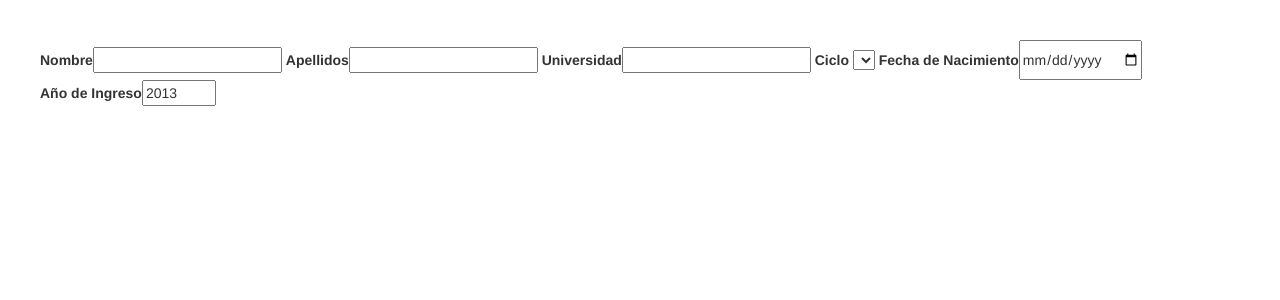
Repository: yoshitomimaehara/sdpa
Page: http://localhost/Sistema_de_Pruebas_Academicas/alumno_insertar.jsp
The author's editor kept a copy of each file at every save. The page is drawn from the files as they stood at one save, then again after the next save.
The browser window is 1280 px wide. The pictures show the whole page.
The page is served by Tomcat 9. Other server files are loaded and not shown.

Above is the page before, as saved 2013-10-06 22:05:28.
Console error: TypeError: $(...).alert is not a function

### Web/Sistema de Pruebas Academicas/Sistema de Pruebas Academicas/WebContent/alumno_insertar.jsp
<%@ page language="java" contentType="text/html; charset=ISO-8859-1"
    pageEncoding="ISO-8859-1"%>
<!DOCTYPE html>
<html>
<head>
<title></title>
<link rel="stylesheet" type="text/css" href="css\styles.css"/>
<link rel="stylesheet" href="css\bootstrap.min.css">
<script src="js\jquery.js"></script>
<script src="js\scripts.js"></script>

</head>
<body>
	<form>
		<label>Nombre</label><input type="text" />
		<label>Apellidos</label><input type="text"/>
		<label>Universidad</label><input type="text"/>
		<label>Ciclo</label>
		<select name="ciclo">
		<c:set var="ciclos">I,II,III,IV,V,VI,VII,VIII,IX,X,XI</c:set>
		<c:forEach items="${ciclos}" delims="," var="ciclo_letra">
		<c:out value="${ciclo_letra}"></c:out>
		</c:forEach>
		</select>
		<label>Fecha de Nacimiento</label><input type="date"/>
		<label>Año de Ingreso</label><input type="number" min="2000" max="2013" value="2013">
	</form>
</body>
</html>

### Web/Sistema de Pruebas Academicas/Sistema de Pruebas Academicas/WebContent/css/styles.css
/*
Nombre:styles.css
Descripcion:Hoja de Estilos
Autores:Yoshitomi Maehara/Liliana Gonzales
Email:
*/
/* universal */
*{
}

/*etiquetas*/
body{
	padding:40px;
}

/* identificadores */
#ingresar{
	background-color: #5162F6;
	color:white;
}

#ingresar:hover{
	background-color: white;
	color:black;

}

#link_contrasenia{
	text-decoration:none;
}

#link_contrasenia:hover{
	text-decoration:none;
}

#academico{
	padding:10px;
	clear: none;
}

#academico:hover{
	display:block;
	padding:10px;
}

/* clases */
.cabecera_index{
  padding:0.8em;
  text-align:center;
  margin: 1em;
}

.login_index{
   border:solid 1px;
   -webkit-border-radius: 8px;
   -moz-border-radius: 8px;
   border-radius: 8px;

}

.alerta{

}

.pie_index{
	height:3em;
	padding:0.5em;
}

.menu_panel{

}
.menu_lista{
	list-style-type:none;
}

.menu_lista li{
	display:inline-block;
	padding:10px;
}

.imagen{
	padding:1em;
	height:30em;
	width:30em;
}

.contenedor{
	border:1px solid #A4A4A4;
	height:30em;
	-webkit-border-radius: 8px;
   	-moz-border-radius: 8px;
   	border-radius: 8px;
   	background-color:#F2F2F2;
}

.contenido_dentro{
	background-color:#F2F2F2;
	border:1px solid #A4A4A4;
	height:30em;
	-webkit-border-radius: 8px;
   	-moz-border-radius: 8px;
   	border-radius: 8px;
}

.menu_dentro{
	background-color:#F2F2F2;
	border:1px solid #A4A4A4;
	height:10em;
	-webkit-border-radius: 8px;
   	-moz-border-radius: 8px;
   	border-radius: 8px;
}

### Web/Sistema de Pruebas Academicas/Sistema de Pruebas Academicas/WebContent/js/scripts.js
/**
 * Nombre:script.js
 * Descripcion: Funciones JavaScript/JQuery
 * Autores:Yoshitomi Maehara/Liliana Gonzales
 * Email:
 */



$(document).ready(function(){
	$().alert();
});

$(function(){
	$('.accesos').click(function(e){
		e.preventDefault();
		$('#main').load($(this).attr('href'));
	});
});

$(function(){
	$('.enlaces').click(function(e){
		e.preventDefault();
		$('#contenido').load($(this).attr('href'));
	});
});

Loaded but not shown: Web/Sistema de Pruebas Academicas/Sistema de Pruebas Academicas/WebContent/css/bootstrap.min.css (library); Web/Sistema de Pruebas Academicas/Sistema de Pruebas Academicas/WebContent/js/jquery.js (library)

After the next save:
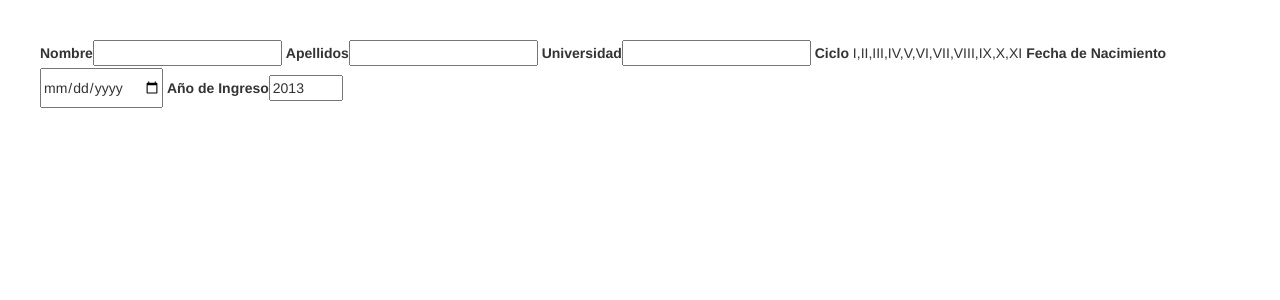
Saved 26 s later.
--- a/Web/Sistema de Pruebas Academicas/Sistema de Pruebas Academicas/WebContent/alumno_insertar.jsp
+++ b/Web/Sistema de Pruebas Academicas/Sistema de Pruebas Academicas/WebContent/alumno_insertar.jsp
@@ -16,12 +16,10 @@
 		<label>Apellidos</label><input type="text"/>
 		<label>Universidad</label><input type="text"/>
 		<label>Ciclo</label>
-		<select name="ciclo">
 		<c:set var="ciclos">I,II,III,IV,V,VI,VII,VIII,IX,X,XI</c:set>
 		<c:forEach items="${ciclos}" delims="," var="ciclo_letra">
 		<c:out value="${ciclo_letra}"></c:out>
 		</c:forEach>
-		</select>
 		<label>Fecha de Nacimiento</label><input type="date"/>
 		<label>Año de Ingreso</label><input type="number" min="2000" max="2013" value="2013">
 	</form>
